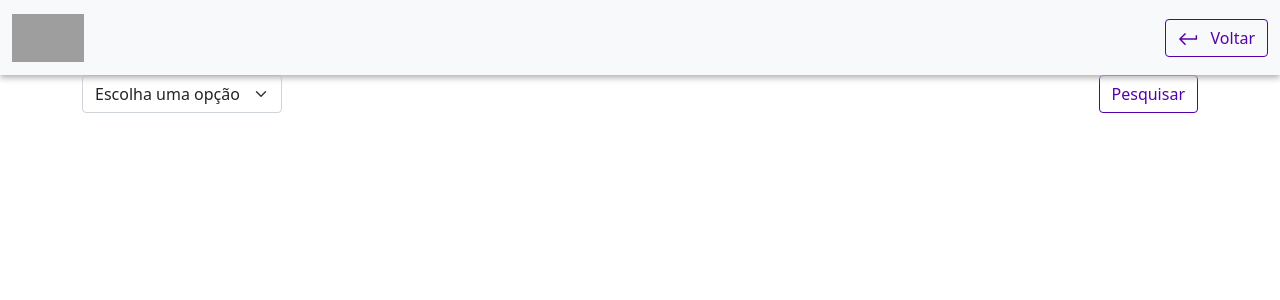
Repository: LuismGil/Countries-list
Page: /
These files come from the project's save history. The page is drawn as it stood at one moment and after the next save; the edit follows.
The browser window is 1280 px wide. The pictures show the whole page.
Pictures or frames that could not be fetched are drawn as grey boxes. The project was rebuilt for these pictures with package versions that can differ from the ones it lists, and the page was loaded fresh each time.

Above is the page before, as saved 2021-05-23 09:53:07.

After the next save:
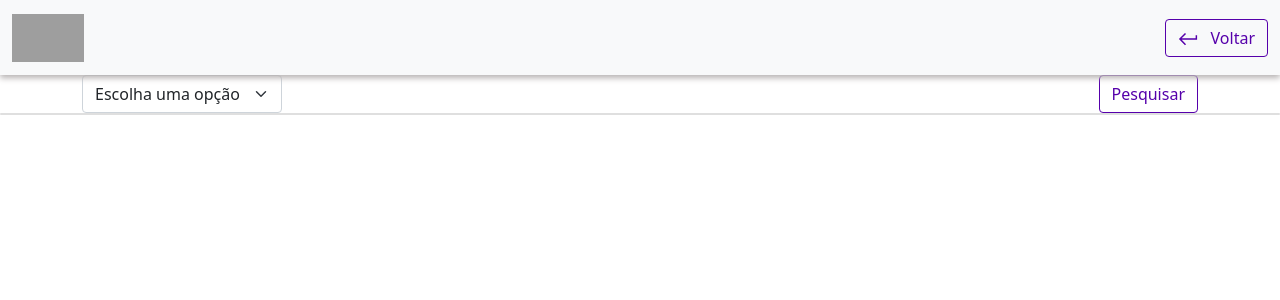
Saved 40 s later.
--- a/src/components/MvCountries.vue
+++ b/src/components/MvCountries.vue
@@ -14,6 +14,9 @@
       </mv-button>
     </div>
     <div>
+      <div class="card">
+
+      </div>
 
     </div>
 

After the save that followed:
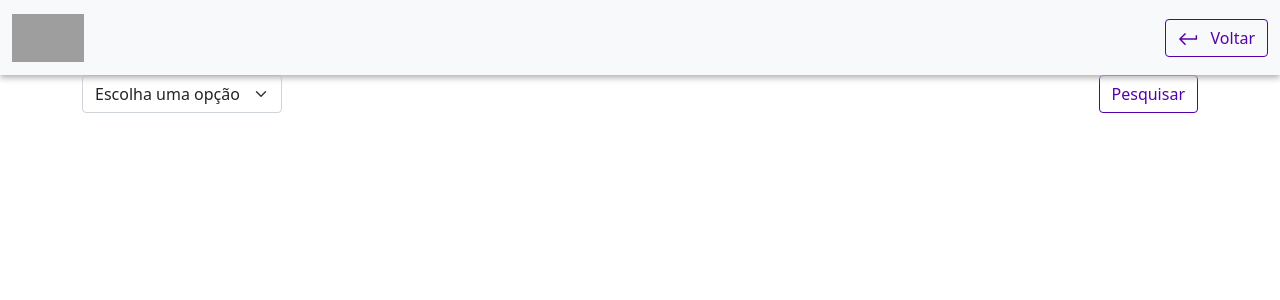
Saved 13 s later.
--- a/src/components/MvCountries.vue
+++ b/src/components/MvCountries.vue
@@ -14,7 +14,7 @@
       </mv-button>
     </div>
     <div>
-      <div class="card">
+      <div class="container">
 
       </div>
 
